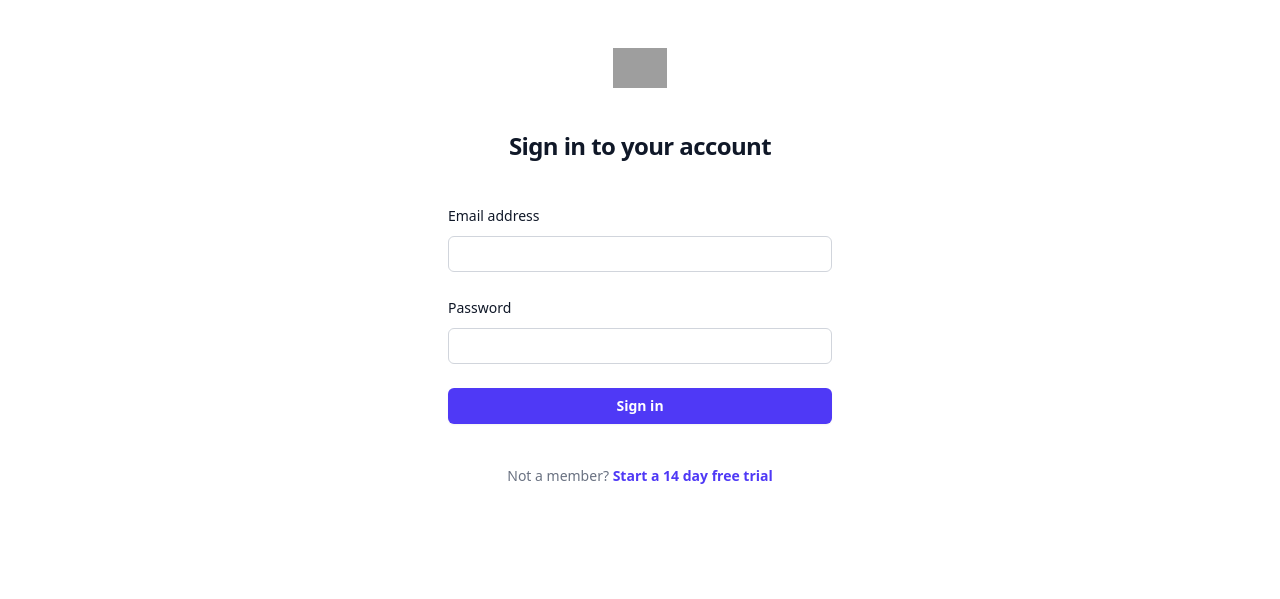
Repository: EclipticCode/Audit-Ease-FE
Page: /
An editor plug-in stored every save of this project. The page is shown before and after a run of saves, followed by the edit.
The browser window is 1280 px wide. The pictures show the whole page.
Pictures or frames that could not be fetched are drawn as grey boxes. The project was rebuilt for these pictures with package versions that can differ from the ones it lists, and the page was loaded fresh each time. Also part of the build but not shown: vite.config.js.

Above is the page before, as saved 2025-03-27 18:15:03.

After the next 3 saves:
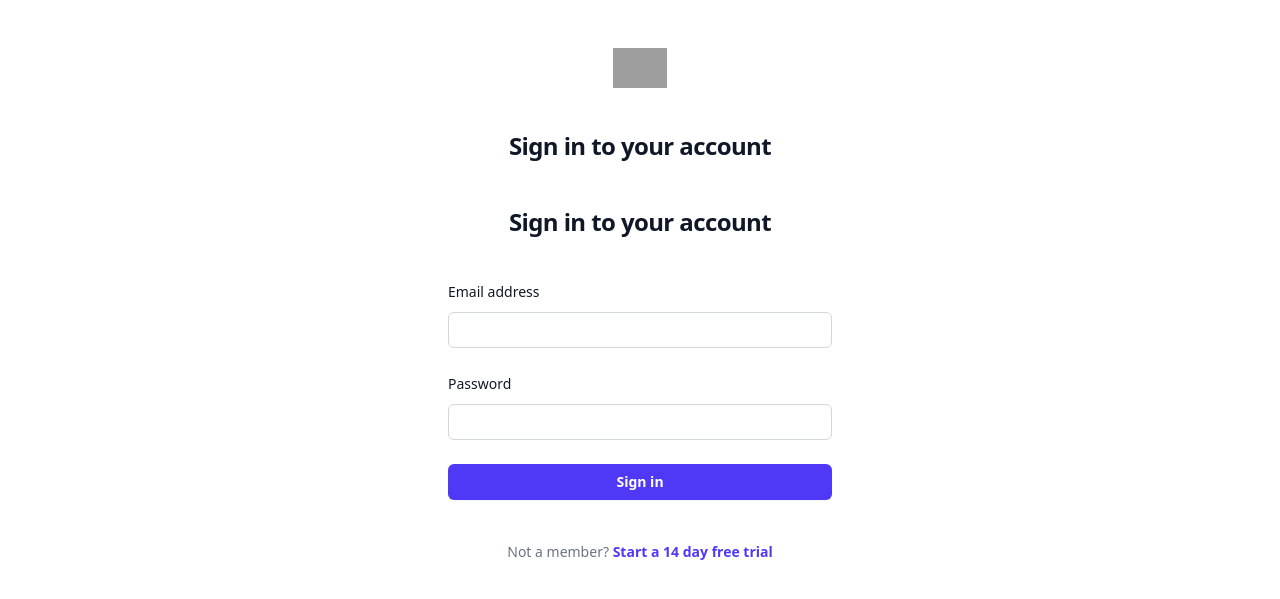
The 3 saves are shown as one change because they came seconds apart.
The last was saved 34 s later.
--- a/Login.jsx
+++ b/Login.jsx
@@ -9,6 +9,9 @@ const Login = () => {
           src="https://tailwindcss.com/plus-assets/img/logos/mark.svg?color=indigo&shade=600"
           className="mx-auto h-10 w-auto"
         />
+        <h1 className="mt-10 text-center text-2xl/9 font-bold tracking-tight text-gray-900">
+          Sign in to your account
+        </h1>
         <h2 className="mt-10 text-center text-2xl/9 font-bold tracking-tight text-gray-900">
           Sign in to your account
         </h2>
